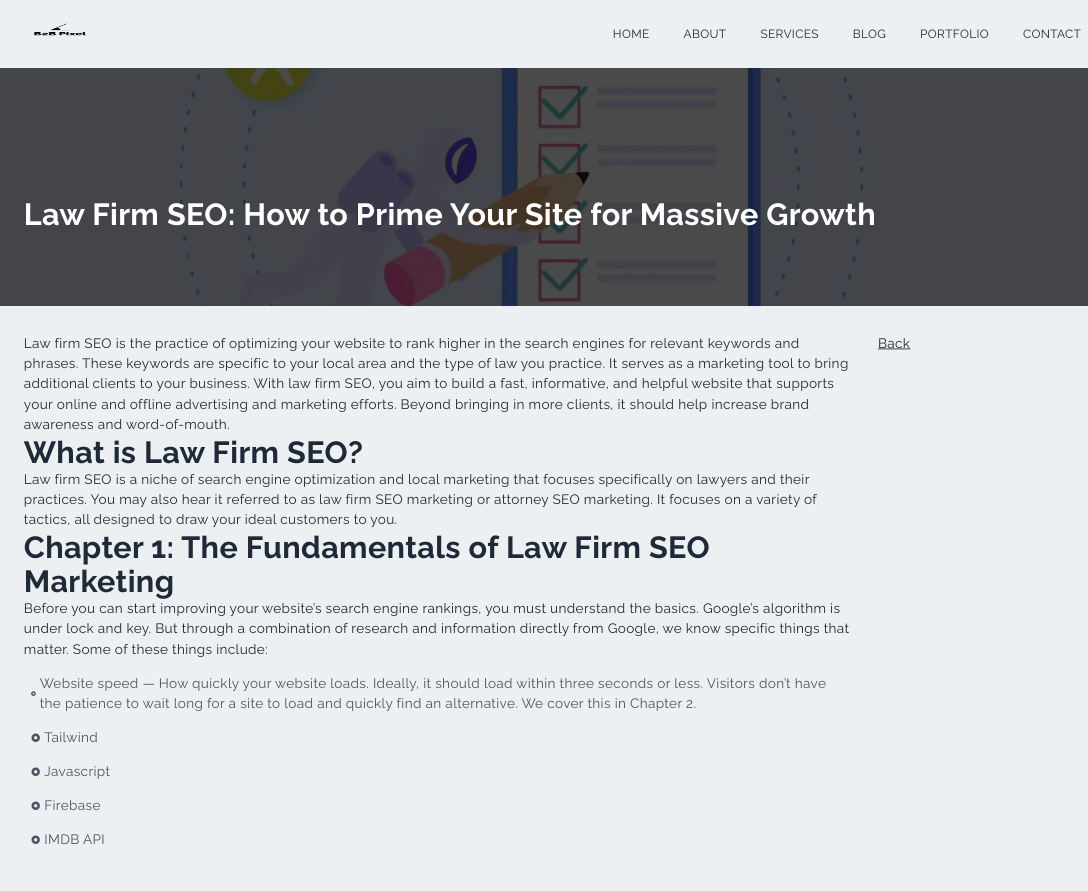
Repository: DID0101/nextjs.b2b
Page: /netflix
These files come from the project's save history. The page is drawn as it stood at one moment and after the next save; the edit follows.
The browser window is 1280 px wide. The pictures show the whole page, at 85% of full size.
The project was rebuilt for these pictures with package versions that can differ from the ones it lists, and the page was loaded fresh each time. The framework's server and built-in components were replaced by stand-ins that run in the browser. Also part of the build but not shown: next.config.js.

Above is the page before, as saved 2024-01-22 03:25:24.

### pages/netflix.jsx
import Image from 'next/image';
import React from 'react';
import netflixImg from '../public/assets/projects/netflix.jpg';
import { RiRadioButtonFill } from 'react-icons/ri';
import Link from 'next/link';

const netflix = () => {
  return (
    <div className='w-full'>
      <div className='w-screen h-[50vh] relative'>
        <div className='absolute top-0 left-0 w-full h-[50vh] bg-black/70 z-10' />
        <Image
          className='absolute z-1'
          layout='fill'
          objectFit='cover'
          src={netflixImg}
          alt='/'
        />
        <div className='absolute top-[70%] max-w-[1240px] w-full left-[50%] right-[50%] translate-x-[-50%] translate-y-[-50%] text-white z-10 p-2'>
          <h2 className='py-2'>Law Firm SEO: How to Prime Your Site for Massive Growth</h2>
          {/* <h3>React JS / Tailwind / Firebase</h3> */}
        </div>
      </div>

      <div className='max-w-[1240px] mx-auto p-2 grid md:grid-cols-5 gap-8 py-8'>
        <div className='col-span-4'>
          {/* <p>Project</p> */}
          {/* <h2>Overview</h2> */}
          <p>
          Law firm SEO is the practice of optimizing your website to rank higher in the search engines for relevant keywords and phrases. These keywords are specific to your local area and the type of law you practice. It serves as a marketing tool to bring additional clients to your business.

With law firm SEO, you aim to build a fast, informative, and helpful website that supports your online and offline advertising and marketing efforts. Beyond bringing in more clients, it should help increase brand awareness and word-of-mouth.
          </p>
          <p>

          </p>
          <h2>What is Law Firm SEO?</h2>
          <p> </p>
          <p>Law firm SEO is a niche of search engine optimization and local marketing that focuses specifically on lawyers and their practices. You may also hear it referred to as law firm SEO marketing or attorney SEO marketing. It focuses on a variety of tactics, all designed to draw your ideal customers to you.</p>
            <p> </p>
            <h2>Chapter 1: The Fundamentals of Law Firm SEO Marketing</h2>
            <p> </p>
            <p>Before you can start improving your website’s search engine rankings, you must understand the basics. Google’s algorithm is under lock and key. But through a combination of research and information directly from Google, we know specific things that matter. Some of these things include:</p>
               <p>

               </p>
               <div className='p-2'>
            <div className='grid grid-cols-3 md:grid-cols-1'>
              <p className='text-gray-600 py-2 flex items-center'>
                <RiRadioButtonFill className='pr-1' /> Website speed — How quickly your website loads. Ideally, it should load within three seconds or less. Visitors don’t have the patience to wait long for a site to load and quickly find an alternative. We cover this in Chapter 2.
              </p>
              <p className='text-gray-600 py-2 flex items-center'>
                <RiRadioButtonFill className='pr-1' /> Tailwind
              </p>
              <p className='text-gray-600 py-2 flex items-center'>
                <RiRadioButtonFill className='pr-1' /> Javascript
              </p>
              <p className='text-gray-600 py-2 flex items-center'>
                <RiRadioButtonFill className='pr-1' /> Firebase
              </p>
              <p className='text-gray-600 py-2 flex items-center'>
                <RiRadioButtonFill className='pr-1' /> IMDB API
              </p>
            </div>
          </div>


          {/* <a
            href='https://github.com/fireclint/netflix-react-tailwind'
            target='_blank'
            rel='noreferrer'
          >
            <button className='px-8 py-2 mt-4 mr-8'>Code</button>
          </a>
          <a
            href='https://fireclint.github.io/netflix-react-tailwind/'
            target='_blank'
            rel='noreferrer'
          >
            <button className='px-8 py-2 mt-4'>Demo</button>
          </a> */}
        </div>
        {/* <div className='col-span-4 md:col-span-1 shadow-xl shadow-gray-400 rounded-xl py-4'>
          <div className='p-2'>
            <p className='text-center font-bold pb-2'>Technologies</p>
            <div className='grid grid-cols-3 md:grid-cols-1'>
              <p className='text-gray-600 py-2 flex items-center'>
                <RiRadioButtonFill className='pr-1' /> React
              </p>
              <p className='text-gray-600 py-2 flex items-center'>
                <RiRadioButtonFill className='pr-1' /> Tailwind
              </p>
              <p className='text-gray-600 py-2 flex items-center'>
                <RiRadioButtonFill className='pr-1' /> Javascript
              </p>
              <p className='text-gray-600 py-2 flex items-center'>
                <RiRadioButtonFill className='pr-1' /> Firebase
              </p>
              <p className='text-gray-600 py-2 flex items-center'>
                <RiRadioButtonFill className='pr-1' /> IMDB API
              </p>
            </div>
          </div>
        </div> */}
        <Link href='/#projects'>
          <p className='underline cursor-pointer'>Back</p>
        </Link>
      </div>
    </div>
  );
};

export default netflix;

### components/Navbar.jsx
import Image from 'next/image';
import Link from 'next/link';
import React, { useState, useEffect } from 'react';
import { AiOutlineClose, AiOutlineMail, AiOutlineMenu } from 'react-icons/ai';
import { FaGithub, FaLinkedinIn } from 'react-icons/fa';
import { BsFillPersonLinesFill } from 'react-icons/bs';
// import { useRouter } from 'next/router';
import NavLogo from '../public/assets/navLogo.png'

const Navbar = () => {
  const [nav, setNav] = useState(false);
  const [shadow, setShadow] = useState(false);
  const [navBg, setNavBg] = useState('#ecf0f3');
  const [linkColor, setLinkColor] = useState('#1f2937');
  // const [position, setPosition] = useState('fixed')
  // const router = useRouter();

  // useEffect(() => {
  //   if (
  //     router.asPath === '/property' ||
  //     router.asPath === '/crypto' ||
  //     router.asPath === '/netflix' ||
  //     router.asPath === '/twitch'
  //   ) {
  //     setNavBg('transparent');
  //     setLinkColor('#ecf0f3');
  //   } else {
  //     setNavBg('#ecf0f3');
  //     setLinkColor('#1f2937');
  //   }
  // }, [router]);

  const handleNav = () => {
    setNav(!nav);
  };

  useEffect(() => {
    const handleShadow = () => {
      if (window.scrollY >= 90) {
        setShadow(true);
      } else {
        setShadow(false);
      }
    };
    window.addEventListener('scroll', handleShadow);
  }, []);

  return (
    <div
      style={{ backgroundColor: `${navBg}` }}
      className={
        shadow
          ? 'fixed w-full h-20 shadow-xl z-[100] ease-in-out duration-300'
          : 'fixed w-full h-20 z-[100]'
      }
    >
      <div className='flex justify-between items-center w-full h-full px-2 2xl:px-16'>
        <Link href='/'>
          <a>
            <Image
              src={NavLogo}
              alt='/'
              width='125'
              height='50'
              className='cursor-pointer'
            />
          </a>
        </Link>
        <div>
          <ul style={{ color: `${linkColor}` }} className='hidden md:flex'>
            <li className='ml-10 text-sm uppercase hover:border-b'>
              <Link href='/'>Home</Link>
            </li>
            <li className='ml-10 text-sm uppercase hover:border-b'>
              <Link href='/#about'>About</Link>
            </li>
            <li className='ml-10 text-sm uppercase hover:border-b'>
              <Link href='/#skills'>Services</Link>
            </li>
            <li className='ml-10 text-sm uppercase hover:border-b'>
              <Link href='/#projects'>Blog</Link>
            </li>
            <li className='ml-10 text-sm uppercase hover:border-b'>
              <Link href='/resume'>Portfolio</Link>
            </li>
            <li className='ml-10 text-sm uppercase hover:border-b'>
              <Link href='/#contact'>Contact</Link>
            </li>
          </ul>
          {/* Hamburger Icon */}
          <div
            style={{ color: `${linkColor}` }}
            onClick={handleNav}
            className='md:hidden'
          >
            <AiOutlineMenu size={25} />
          </div>
        </div>
      </div>

      {/* Mobile Menu */}
      {/* Overlay */}
      <div
        className={
          nav ? 'md:hidden fixed left-0 top-0 w-full h-screen bg-black/70' : ''
        }
      >
        {/* Side Drawer Menu */}
        <div
          className={
            nav
              ? ' fixed left-0 top-0 w-[75%] sm:w-[60%] md:w-[45%] h-screen bg-[#ecf0f3] p-10 ease-in duration-500'
              : 'fixed left-[-100%] top-0 p-10 ease-in duration-500'
          }
        >
          <div>
            <div className='flex w-full items-center justify-between'>
              <Link href='/'>
                <a>
                  <Image
                    src={NavLogo}
                    width='87'
                    height='35'
                    alt='/'
                  />
                </a>
              </Link>
              <div
                onClick={handleNav}
                className='rounded-full shadow-lg shadow-gray-400 p-3 cursor-pointer'
              >
                <AiOutlineClose />
              </div>
            </div>
            <div className='border-b border-gray-300 my-4'>
              <p className='w-[85%] md:w-[90%] py-4'>
                Let&#39;s build something legendary together
              </p>
            </div>
          </div>
          <div className='py-4 flex flex-col'>
            <ul className='uppercase'>
              <Link href='/'>
                <li onClick={() => setNav(false)} className='py-4 text-sm'>
                  Home
                </li>
              </Link>
              <Link href='/#about'>
                <li onClick={() => setNav(false)} className='py-4 text-sm'>
                  About
                </li>
              </Link>
              <Link href='/#skills'>
                <li onClick={() => setNav(false)} className='py-4 text-sm'>
                  Skills
                </li>
              </Link>
              <Link href='/#projects'>
                <li onClick={() => setNav(false)} className='py-4 text-sm'>
                  Projects
                </li>
              </Link>
              <Link href='/resume'>
                <li onClick={() => setNav(false)} className='py-4 text-sm'>
                  Resume
                </li>
              </Link>
              <Link href='/#contact'>
                <li onClick={() => setNav(false)} className='py-4 text-sm text-[#ac4d5a]'>
                  Save My Spot
                </li>
              </Link>
            </ul>
            <div className='pt-40'>
              <p className='uppercase tracking-widest text-[#5651e5]'>
                Let&#39;s Connect
              </p>
              <div className='flex items-center justify-between my-4 w-full sm:w-[80%]'>
                <a
                  href='https://www.linkedin.com/in/clint-briley-50056920a/'
                  target='_blank'
                  rel='noreferrer'
                >
                  <div className='rounded-full shadow-lg shadow-gray-400 p-3 cursor-pointer hover:scale-105 ease-in duration-300'>
                    <FaLinkedinIn />
                  </div>
                </a>
                <a
                  href='https://github.com/fireclint'
                  target='_blank'
                  rel='noreferrer'
                >
                  <div className='rounded-full shadow-lg shadow-gray-400 p-3 cursor-pointer hover:scale-105 ease-in duration-300'>
                    <FaGithub />
                  </div>
                </a>
                <Link href='/#contact'>
                  <div
                    onClick={() => setNav(!nav)}
                    className='rounded-full shadow-lg shadow-gray-400 p-3 cursor-pointer hover:scale-105 ease-in duration-300'
                  >
                    <AiOutlineMail />
                  </div>
                </Link>
                <Link href='/resume'>
                  <div
                    onClick={() => setNav(!nav)}
                    className='rounded-full shadow-lg shadow-gray-400 p-3 cursor-pointer hover:scale-105 ease-in duration-300'
                  >
                    <BsFillPersonLinesFill />
                  </div>
                </Link>
              </div>
            </div>
          </div>
        </div>
      </div>
    </div>
  );
};

export default Navbar;

Loaded but not shown: pages/_app.js (common file); pages/_document.js (common file); styles/globals.css (common file); tailwind.config.js (common file)

After the next save:
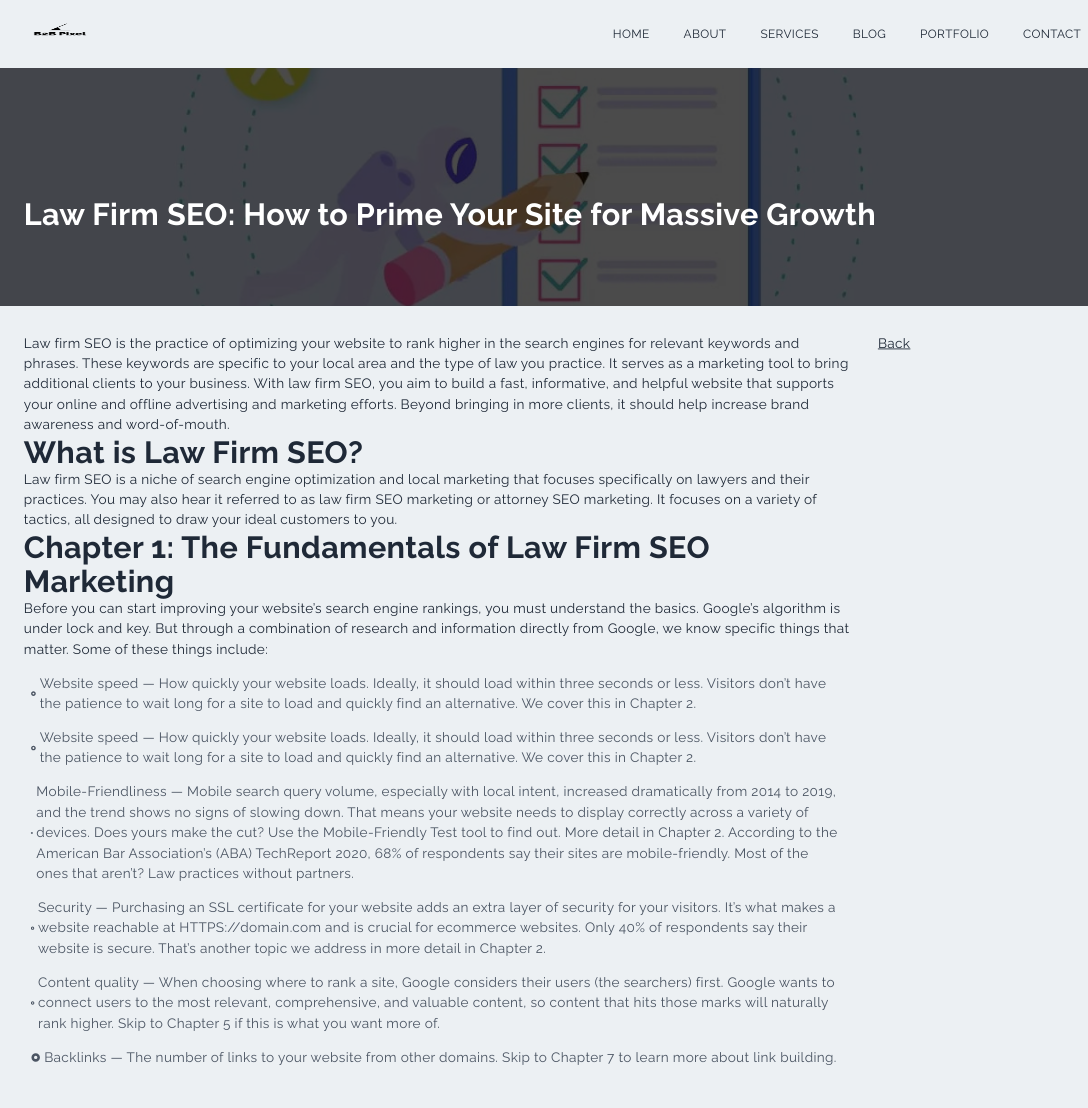
Saved 91 s later.
--- a/pages/netflix.jsx
+++ b/pages/netflix.jsx
@@ -50,16 +50,19 @@
                 <RiRadioButtonFill className='pr-1' /> Website speed — How quickly your website loads. Ideally, it should load within three seconds or less. Visitors don’t have the patience to wait long for a site to load and quickly find an alternative. We cover this in Chapter 2.
               </p>
               <p className='text-gray-600 py-2 flex items-center'>
-                <RiRadioButtonFill className='pr-1' /> Tailwind
+                <RiRadioButtonFill className='pr-1' /> Website speed — How quickly your website loads. Ideally, it should load within three seconds or less. Visitors don’t have the patience to wait long for a site to load and quickly find an alternative. We cover this in Chapter 2.
               </p>
               <p className='text-gray-600 py-2 flex items-center'>
-                <RiRadioButtonFill className='pr-1' /> Javascript
+                <RiRadioButtonFill className='pr-1' /> Mobile-Friendliness — Mobile search query volume, especially with local intent, increased dramatically from 2014 to 2019, and the trend shows no signs of slowing down. That means your website needs to display correctly across a variety of devices. Does yours make the cut? Use the Mobile-Friendly Test tool to find out. More detail in Chapter 2. According to the American Bar Association’s (ABA) TechReport 2020, 68% of respondents say their sites are mobile-friendly. Most of the ones that aren’t? Law practices without partners.
               </p>
               <p className='text-gray-600 py-2 flex items-center'>
-                <RiRadioButtonFill className='pr-1' /> Firebase
+                <RiRadioButtonFill className='pr-1' /> Security — Purchasing an SSL certificate for your website adds an extra layer of security for your visitors. It’s what makes a website reachable at HTTPS://domain.com and is crucial for ecommerce websites. Only 40% of respondents say their website is secure.  That’s another topic we address in more detail in Chapter 2.
               </p>
               <p className='text-gray-600 py-2 flex items-center'>
-                <RiRadioButtonFill className='pr-1' /> IMDB API
+                <RiRadioButtonFill className='pr-1' /> Content quality — When choosing where to rank a site, Google considers their users (the searchers) first. Google wants to connect users to the most relevant, comprehensive, and valuable content, so content that hits those marks will naturally rank higher. Skip to Chapter 5 if this is what you want more of.
+              </p>
+              <p className='text-gray-600 py-2 flex items-center'>
+                <RiRadioButtonFill className='pr-1' />Backlinks — The number of links to your website from other domains. Skip to Chapter 7 to learn more about link building.
               </p>
             </div>
           </div>
